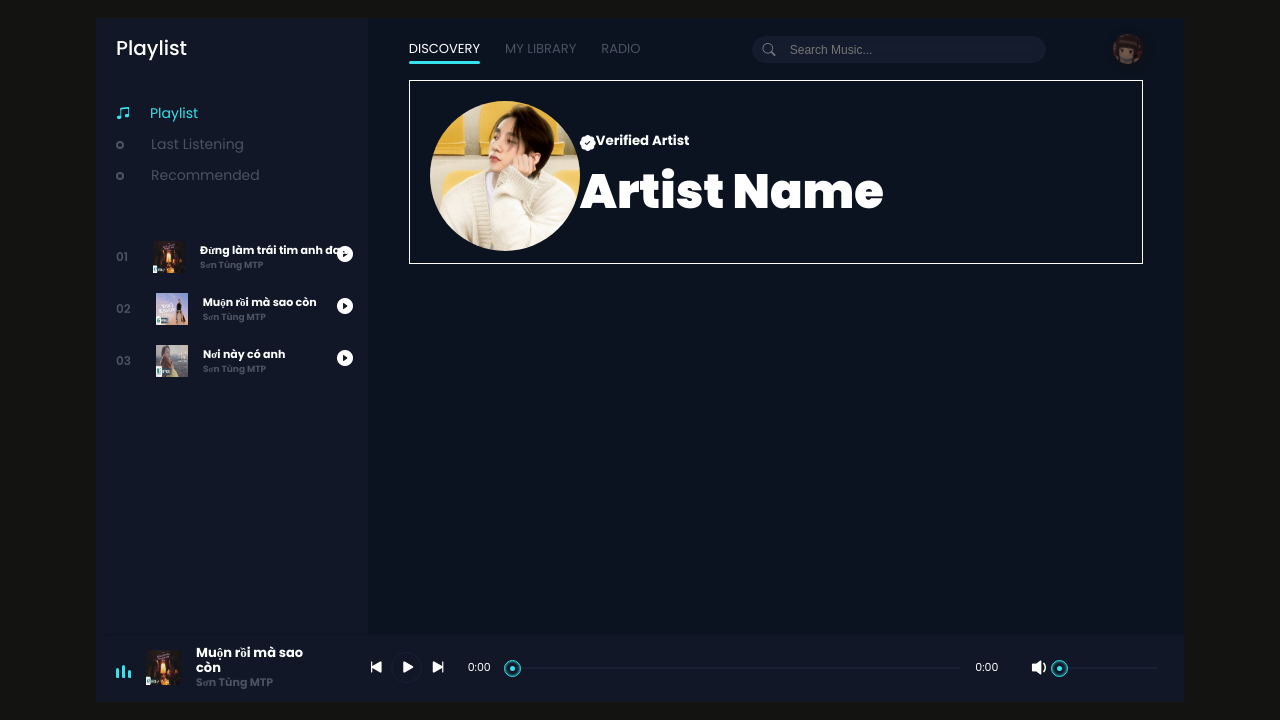
Repository: reminzuetto/Music-Website
Page: index.html
The author's editor kept a copy of each file at every save. The page is drawn from the files as they stood at one save, then again after the next save.
The browser window is 1280 px wide. The pictures show the whole page.

Above is the page before, as saved 2024-06-11 12:58:53.

After the next save:
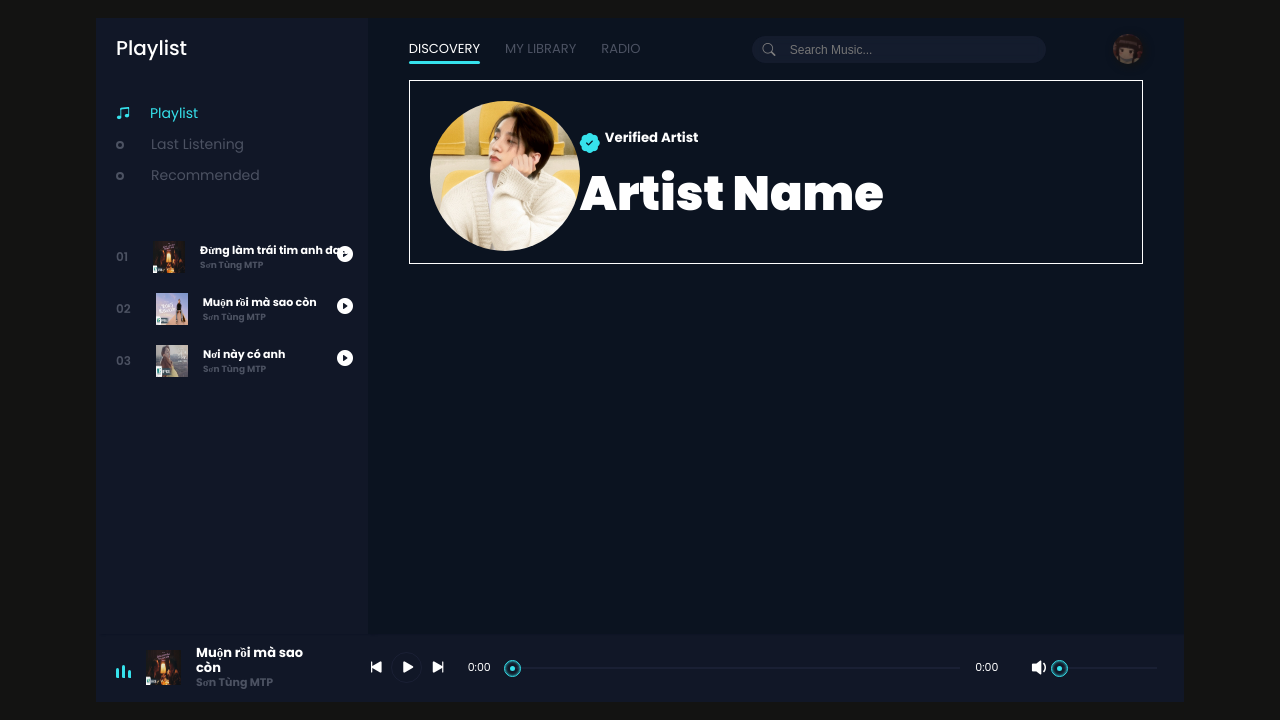
Saved 21 s later.
--- a/style.css
+++ b/style.css
@@ -492,6 +492,12 @@
   display: flex;
 }
 
+header .song_side .content .artist_header .artist_infos .verified .bi {
+  font-size: 20px;
+  color: #36e2ec;
+  margin-right: 5px;
+}
+
 header .song_side .content h1 {
   font-size: 3rem;
   font-weight: 900;
